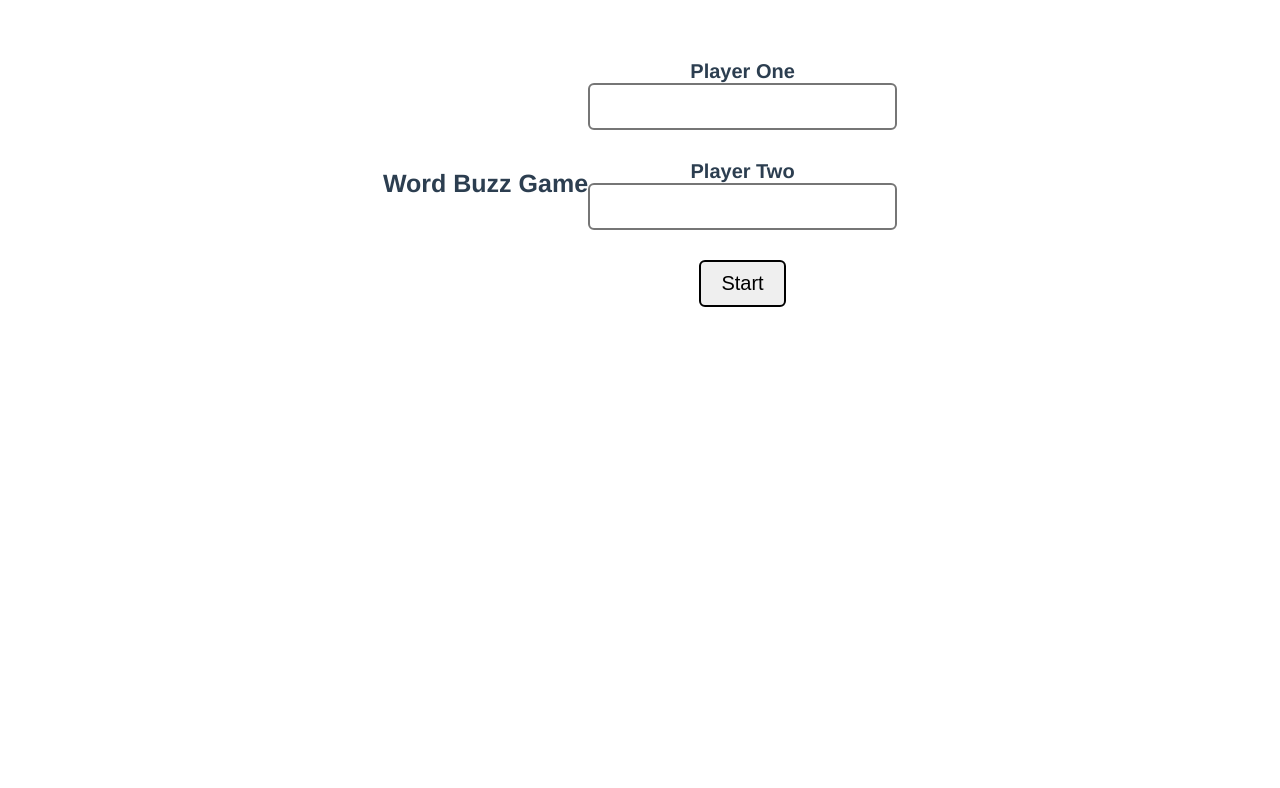
Repository: victorighalo/word-buzz-vue
Page: /
These files come from the project's save history. The page is drawn as it stood at one moment and after the next save; the edit follows.
The browser window is 1280 px wide. The pictures show the whole page.
The project was rebuilt for these pictures with package versions that can differ from the ones it lists, and the page was loaded fresh each time. Also part of the build but not shown: vue.config.js.

Above is the page before, as saved 2021-09-19 22:58:52.

### src/App.vue
<template>
  <GameContainer/>
</template>

<script>
import './assets/styles.scss'
import GameContainer from './components/GameContainer.vue'

export default {
  name: 'App',
  components: {
    GameContainer
  }
}
</script>

<style>
#app {
  font-family: Avenir, Helvetica, Arial, sans-serif;
  -webkit-font-smoothing: antialiased;
  -moz-osx-font-smoothing: grayscale;
  text-align: center;
  color: #2c3e50;
  margin-top: 60px;
  height:100vh
}

.mb{
    margin-bottom: 30px !important;
}
.mt{
    margin-top: 30px !important;
}
button {
    padding: 10px 20px;
    border-radius: 6px;
    border-width: 2px;
    border-style: solid;
    font-size: 20px;
    cursor: pointer;
    transition: 0.25s ease;
}
button:hover{
        background: #333;
}
input {
    padding: 10px 20px;
    border-radius: 6px;
    border-width: 2px;
    border-style: solid;
    font-size: 20px;
    cursor: pointer;
    transition: 0.25s ease;
}
h3{
font-size: 25px;
margin: 0;
}

h5{
    font-size: 20px;
    margin: 0;
    }
.game{
    display: flex;
    justify-content: center;
    align-items: center;
    flex-direction: row;
}
.game > .container{
        width: 50%;
    display: flex;
    justify-content: center;
    align-items: center;
    flex-direction: columns;
    }
.players > div{
        margin-bottom: 30px !important;
}
</style>

### src/assets/styles.scss
@import url('https://fonts.googleapis.com/css?family=Ubuntu');
// * {
//     all: unset;
//     display: revert;
//     box-sizing: border-box;
//     font-family: 'Ubuntu', sans-serif;

// }
// [default-styles] {
//     all: revert;
// }

### src/components/GameContainer.vue
<template>
  <div class="game">

 <div class="container">
   <div class="header">
     <h3>Word Buzz Game</h3>
   </div>
   <div class="content">
     <div class="players" v-if="!uiProps.gameStarted">
       <div class="mb">
         <h5>Player One</h5>
         <input type="text" v-model="uiProps.playerOne.name">
       </div>
       <div class="mb">
         <h5>Player Two</h5>
         <input type="text" v-model="uiProps.playerTwo.name">
       </div>
       <button @click="startGame">Start</button>
     </div>

     <div  class="question__container" v-if="uiProps.gameStarted && nextQuestion === null">
       <h5>Hey! {{uiProps?.playerOne?.name}}, Enter your secret word</h5>
      <div class="question">

          <div>
            <label for="question">Secret Word</label>
            <input type="password" v-model="uiProps.question.value">
          </div>
          <div>
            <label for="question">Word Hint</label>
            <input type="text" v-model="uiProps.question.hint">
          </div>
          <button @click="saveQuestion" >Save</button>

      </div>
     </div>

     <div class="answer__container"  v-if="uiProps.gameStarted && nextQuestion !== null">
         <h5>Word Hint: {{nextQuestion.hint}}</h5>
         <div>
            <h5>Take a guess of the secret Word</h5>
            <p>You have {{guessCount}} tries left</p>
            <input type="text" v-model="uiProps.answer">
          </div>
          <button @click="saveAnswer" >Take a guess</button>
       </div>

   </div>
      </div>
      </div>
      </template>

<script>
  import { GameState } from "../data";
  import { GameModels} from "../models";
export default {
  name: 'Game',
  props: {
    msg: String
  },
  data: GameState,
  methods:{
  startGame(){
    if(this.playersReady){
      this.uiProps.gameStarted = true
    }else{
      alert('Enter Players name')
    }
  },
  saveQuestion(){
    if(!this.questionReady){
      alert('A secret word and hint is required')
      return
    }
    GameModels.question.value = this.uiProps.question.value
    GameModels.question.hint = this.uiProps.question.hint
    GameModels.question.playerId = this.uiProps.playerOne.id
    GameModels.question.answers = []
    GameModels.question.questionKey = this.uiProps.questions.length
    this.uiProps.currentQuestionKey = this.uiProps.questions.length
    this.uiProps.questions.push(GameModels.question)
    console.log(this.uiProps.questions)

  },
    saveAnswer(){
if(this.nextQuestion){
  if(this.uiProps.answer.length < 2){
      alert(`Input an answer`)
      return false
    }
  const valid = this.validateAnswer()
  GameModels.answer.playerId = this.uiProps.playerTwo.id
  GameModels.answer.questionKey = this.nextQuestion.questionKey
  GameModels.answer.value = this.uiProps.answer
  this.uiProps.questions[this.nextQuestion.questionKey].answers.push(GameModels.answer)
  if(valid){
    this.uiProps.currentQuestionKey += 1
  }
}
  },
  validateAnswer(){
    if(this.uiProps.questions[this.nextQuestion.questionKey].value.toLowerCase() === this.uiProps.answer){
      alert(`Correct Answer!!!`)
      this.uiProps.answer = ''
      this.uiProps.question.value = ''
      this.uiProps.question.hint = ''
      return true
    }else{
      alert(`Wrong guess!!! You have ${this.guessCount - 1} tries left`)
      this.uiProps.answer = ''
      return false
    }
  }
  },
  computed: {
    playersReady(){ return this.uiProps.playerOne.name.length > 0 && this.uiProps.playerTwo.name.length > 0 },
    questionReady(){ return this.uiProps.question.value.length > 2 && this.uiProps.question.hint.length > 2 },
    nextQuestion(){
      let question = null
      if(this.uiProps.currentQuestionKey !== null){
      const cq = this.uiProps.questions[this.uiProps.currentQuestionKey]
      if(!cq){
        return null
      }
        if(cq.answers.length - 1 === this.uiProps.maxAnswersCount){
          question = this.uiProps.questions[this.uiProps.currentQuestionKey+1];
        }else{
          question = cq;
        }
        return question
      }
      return question;
    },
    guessCount(){
      if(this.nextQuestion){
        return this.uiProps.maxAnswersCount - this.nextQuestion.answers.length
      }else{
        return 0
      }
    }
  }
}
</script>

### src/data/index.js
export const GameState = function () {
    return {
        uiProps: {
            playerOne:{
            name:'',
            id:0,
            },
            playerTwo:{
            name:'',
            id:1
            },
            gameStarted:false,
            questions: [],
            question:{
                value:'',
                hint:''
            },
            answer:'',
            maxAnswersCount: 20,
            currentQuestionKey: null
    }
}
}

### src/models/index.js
export const GameModels = {
        question: {
            questionKey:null,
            playerId:null,
            value:null,
            hint:null,
            answers:[]
    },
    answer: {
        playerId:null,
        questionKey:null,
        value:null,
    }
}

Loaded but not shown: public/index.html (common file); src/main.js (common file)

After the next save:
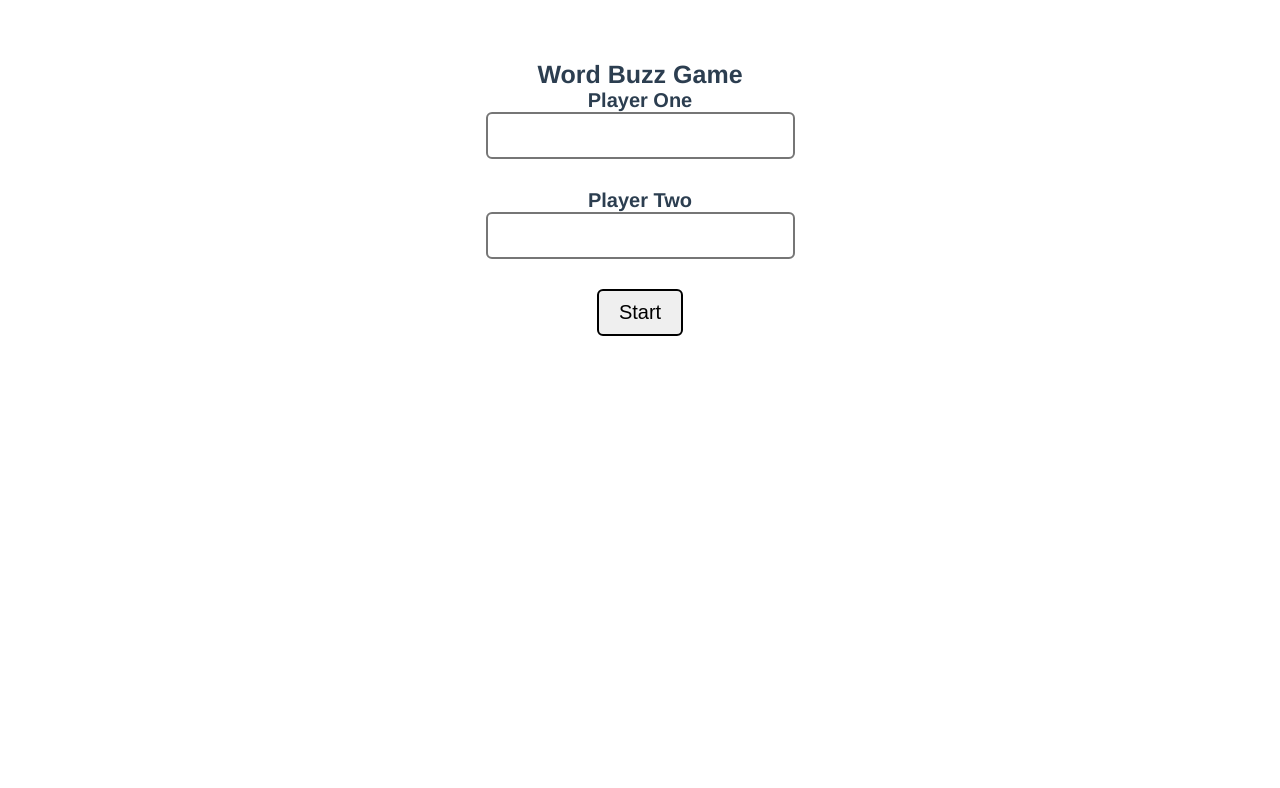
Saved 4 s later.
--- a/src/App.vue
+++ b/src/App.vue
@@ -72,7 +72,7 @@ h5{
     display: flex;
     justify-content: center;
     align-items: center;
-    flex-direction: columns;
+    flex-direction: column;
     }
 .players > div{
         margin-bottom: 30px !important;
